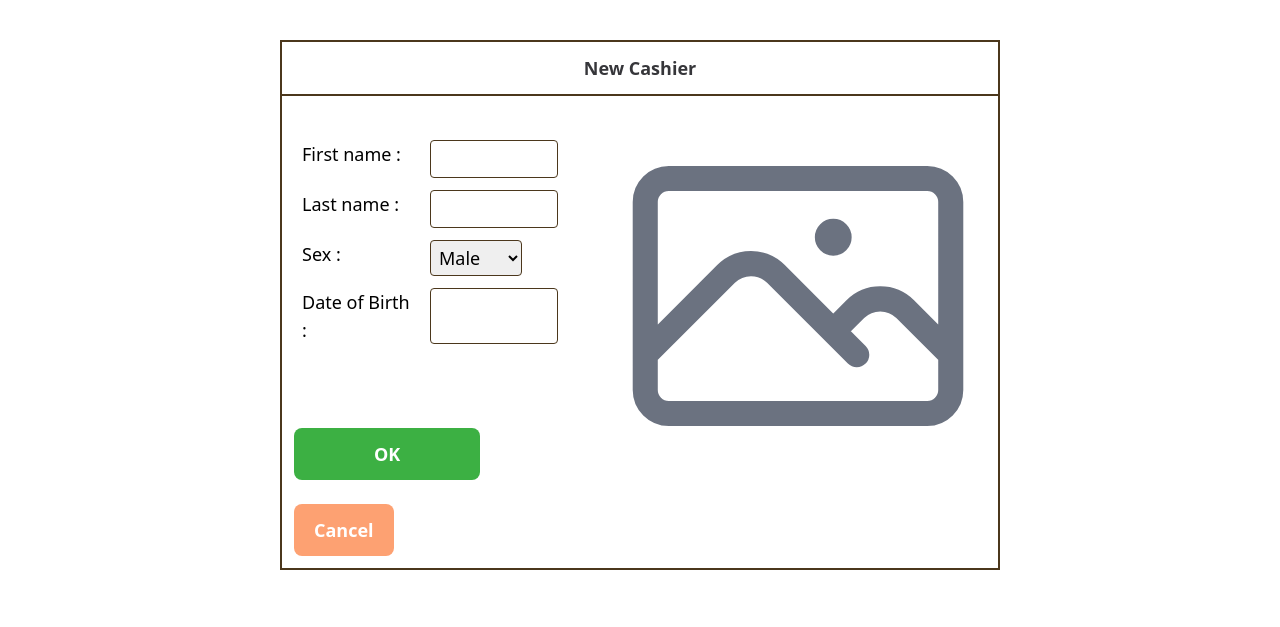
Repository: Dapravith/Midterm-SE-GIC-Cafe-Project-Group16
Page: src/main/resources/templates/addCashier.html
The author's editor kept a copy of each file at every save. The page is drawn from the files as they stood at one save, then again after the next save.
The browser window is 1280 px wide. The pictures show the whole page.
Some web libraries are served in a nearby version.

Above is the page before, as saved 2023-05-17 09:47:51.
Console error: TypeError: Cannot read properties of null (reading 'addEventListener')

After the next save:
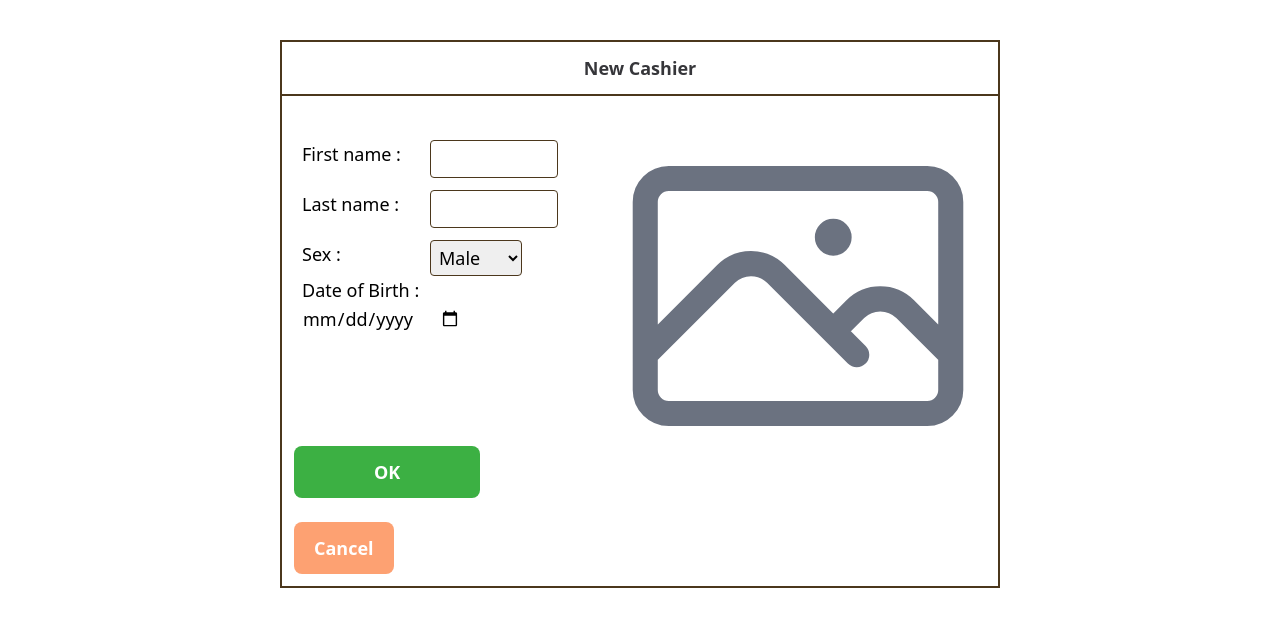
Saved 61 s later.
--- a/src/main/resources/templates/addCashier.html
+++ b/src/main/resources/templates/addCashier.html
@@ -56,10 +56,10 @@
 
                         </div>
 
-                        <div class="grid grid-cols-2 mt-3">
-                            <label class="mr-5" for="dob">Date of Birth :</label>
-                            <input name="" min="0" type="number" id="price" class="p-1 border-[1px] border-solid border-[#4B371C] rounded" placeholder="">
-                        </div>
+                        <div class="Input">
+                            <label name="dob" for="#">Date of Birth :</label>
+                            <input name="dob" type="date">
+                        </div><br>
                         <div class="grid grid-cols-2 mt-3">
                             <!-- <label class="mr-5" for="note">Note :</label>
                             <textarea id="note" cols="50" rows="6" name="" class="p-1 w-full border-[1px] border-solid border-[#4B371C] rounded resize-x"> </textarea> -->
